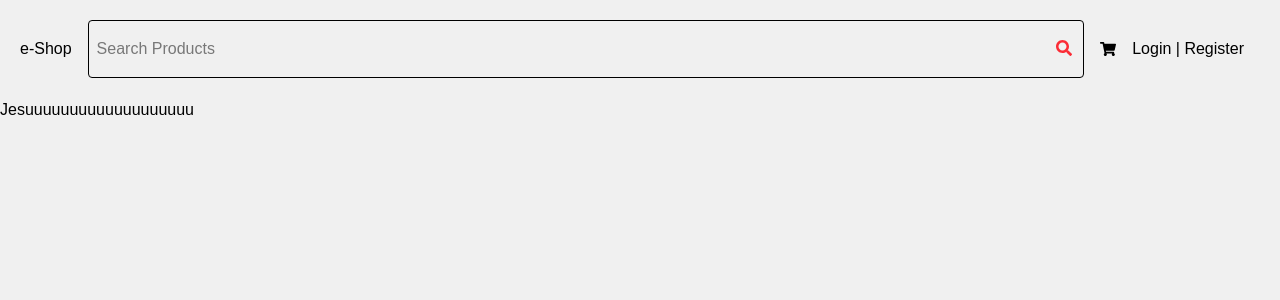
Repository: EmmyDunny1/frontend-ecommerce
Page: /
These files come from the project's save history. The page is drawn as it stood at one moment and after a run of saves; the edit follows.
The browser window is 1280 px wide. The pictures show the whole page.
The project was rebuilt for these pictures with package versions that can differ from the ones it lists, and the page was loaded fresh each time. Also part of the build but not shown: vite.config.js.

Above is the page before, as saved 2025-05-09 11:40:16.

After the next 6 saves:
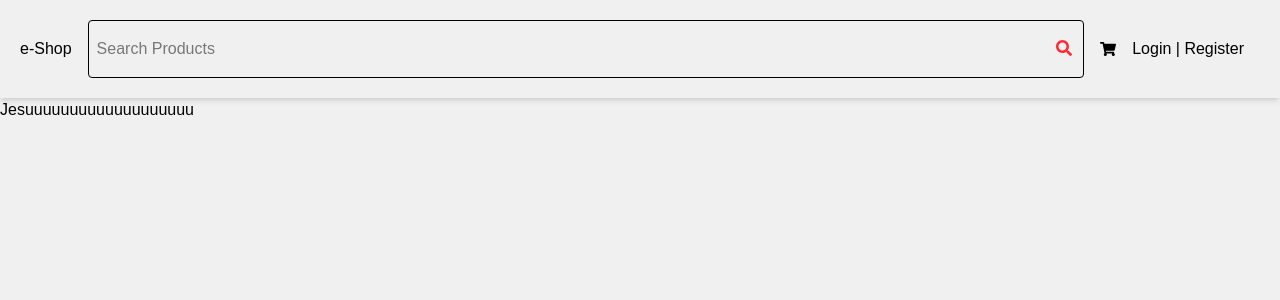
The 6 saves are shown as one change because they came seconds apart.
The last was saved 4 min 2 s later.
--- a/src/components/Navbar.jsx
+++ b/src/components/Navbar.jsx
@@ -4,7 +4,7 @@ import { FaSearch, FaShoppingCart, FaUser } from 'react-icons/fa'
 
 const Navbar = () => {
   return (
-    <nav>
+    <nav className='shadow-md'>
       <div className='container flex mx-auto px-4 md:px-16px lg:px-24px justify-between items-center'>
         <div>
           <Link to='/'>e-Shop</Link>
